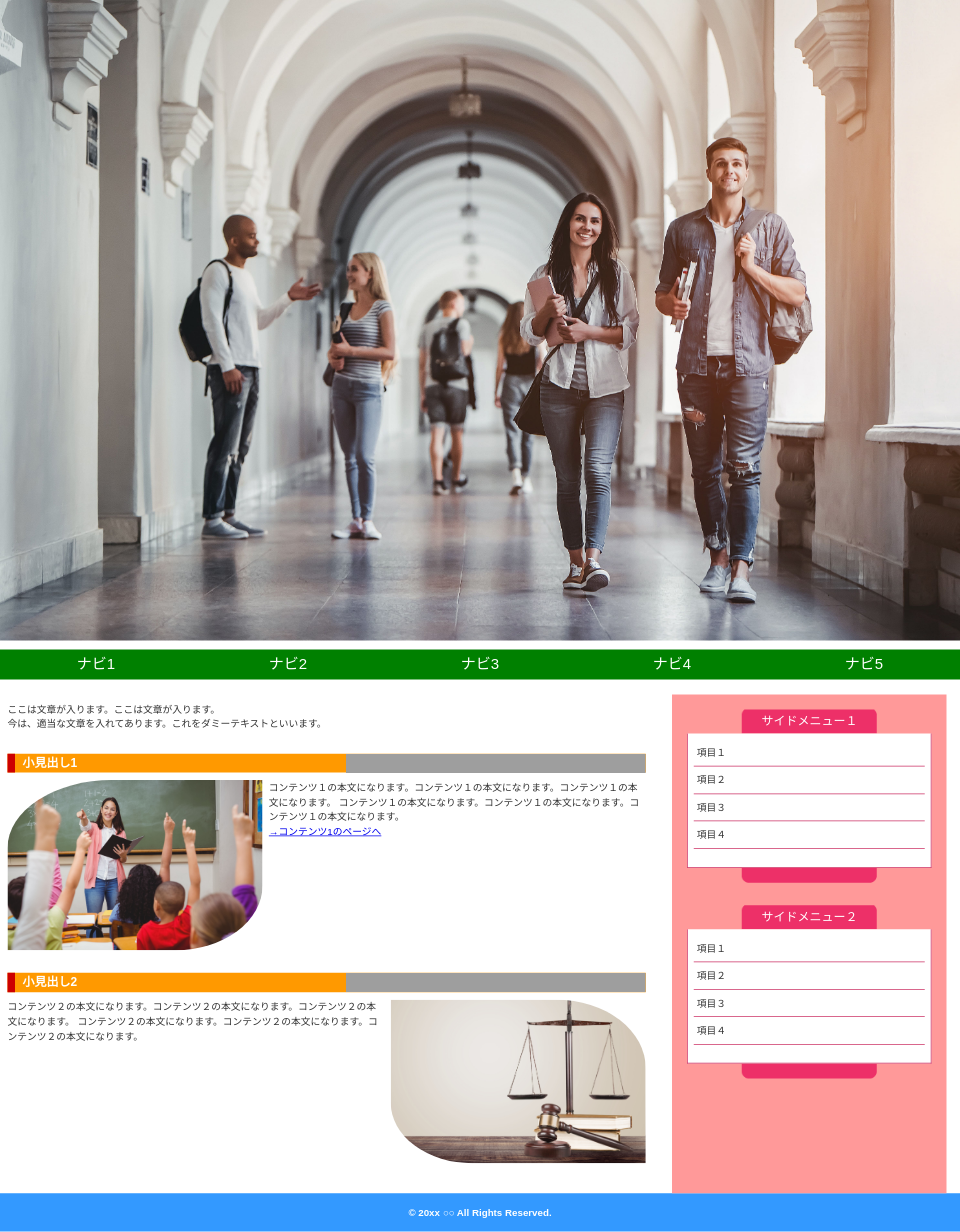
Repository: noritag/samurai_HTML-CSS
Page: home.html
The author's editor kept a record of every edit. The page is drawn from the files as they stood at one moment, then again after the next edit.
The browser window is 1280 px wide. The pictures show the whole page, at 75% of full size.
Pictures or frames that could not be fetched are drawn as grey boxes.

Above is the page before.

### home.html
<!DOCTYPE html>
<html lang="ja">
    <head>
        <meta charset="UTF-8">
        <title>HTML/CSSの学習</title>
        <link rel="stylesheet" href="stylesheet.css">
    </head>
<body>
    <div id="header">
        <h1><a href=index.html><img id="corridor" src="images/corridor.jpg" alt="大学の廊下" /></a></h1>
    </div>
    <div id="wrapper">
        <div id="nav">
            <ul>
                <li><a href="home.html">ナビ1</a></li>
                <li><a href="#">ナビ2</a></li>
                <li><a href="#">ナビ3</a></li>
                <li><a href="#">ナビ4</a></li>
                <li><a href="#">ナビ5</a></li>
            </ul>
        </div>
        <div id="container">
            <div id= "main">
                <div class="post">
                    <p>ここは文章が入ります。ここは文章が入ります。<br />今は、適当な文章を入れてあります。これをダミーテキストといいます。</p>
                </div>
                <div class="post clearfix">
                    <h2>小見出し1</h2>
                    <img class="left" src="images/classroom.jpg" alt="授業風景"/>
                    <p>
                        コンテンツ１の本文になります。コンテンツ１の本文になります。コンテンツ１の本文になります。
                        コンテンツ１の本文になります。コンテンツ１の本文になります。コンテンツ１の本文になります。
                    </p>
                    <p><a href="#">→コンテンツ1のページへ</a></p>
                </div>
                <div class="post clearfix">
                    <h2>小見出し2</h2>
                    <img class="right" src="images/scale.jpg" alt="天秤"/>
                    <p>
                        コンテンツ２の本文になります。コンテンツ２の本文になります。コンテンツ２の本文になります。
                        コンテンツ２の本文になります。コンテンツ２の本文になります。コンテンツ２の本文になります。
                    </p>
                </div>
            </div>
            <div id="side">
                <div class="box">
                    <h2>サイドメニュー１</h2>
                    <div class="boxBody">
                        <ul>
                            <li>項目１</li>
                            <li>項目２</li>
                            <li>項目３</li>
                            <li>項目４</li>
                        </ul>
                    </div>
                </div>
                <div class="box">
                    <h2>サイドメニュー２</h2>
                    <div class="boxBody">
                        <ul>
                            <li>項目１</li>
                            <li>項目２</li>
                            <li>項目３</li>
                            <li>項目４</li>
                        </ul>
                    </div>
                </div>
            </div>
        </div>
    <div id="footer">
        <p>&copy; 20xx ○○ All Rights Reserved.</p>
    </div>
</body>
</html>

### stylesheet.css
@charset "utf-8";

body {
    margin: 0;
    padding: 0;
    font-family: "ヒラギノ角ゴ Pro W3", "Hiragino Kaku Gothic Pro", "メイリオ", Meiryo, Osaka, "MS Pゴシック", "MS PGothic", sans-serif;
    color: #333;
    font-size: 13px;
    line-height: 150%
}

/* -------------------- wrapper -------------------- */
#wrapper {
    width: 100%;
    margin: auto;
    padding: 0px;
    border: 0px;
    background-color: #FFF;
    top: 10px;
    position: relative;
}

/* -------------------- header -------------------- */
#header {
    width: 100%;
}

#header h1 {
    margin: 0;
    padding: 0;
}

#corridor {
    width: 100%;
    height: auto;
}

/* -------------------- footer -------------------- */
#footer {
    clear: both;
    width: 100%;
    padding: 3px 0 3px 0;
    background: #39F;
    color: #FFF;
    font-weight: bold;
    text-align: center;
}

/* -------------------- nav -------------------- */
#nav {
    width: 100%;
}

#nav ul {
    display: flex;
    margin: 0;
    padding: 0;
    list-style-type: none;
}

#nav ul li {
    width: 20%;
    text-align: center;
}

#nav ul li a {
    display: block;
    height: 20px;
    margin: 0;
    padding: 10px;
    color: #FFF;
    font-size: 20px;
    text-decoration: none;
    background-color: green;
}

#nav ul li a:hover {
    filter: drop-shadow(10px 10px 10px black);
}

/* -------------------- container -------------------- */
#container {
    width: 100%;
    margin: auto;
    padding: auto;
    padding-top: 20px;
    clear: both;
    display: grid;
    grid-template-columns: 70vw 30vw;
}

/* -------------------- main -------------------- */
#main {
    width: 95%;
    padding: 10px 30px 10px 10px;
}
#main h2 {
    margin: 0 0 10px 0;
    padding: 3px 10px 3px 10px;
    color: #FFF;
    font-size: 16px;
    border-left: solid 10px #C00;
    background: #F90 url(../imges/main_h2.jpg) right top repeat-y;
}
#main p {
    margin: 0;
    padding: 0;
}
#main .post {
    margin: 0 0 30px 0;
}

#main .post img.right {
    margin: 0 0 0 8px;
    border-radius: 0% 35% 0% 32% / 10% 42% 10% 37%
}
#main .post img.left {
    margin: 0 8px 0 0;
    border-radius: 41% 0% 34% 0% / 40% 42% 38% 37%
}

.right {
    float: right;
    width: 40%;
    height: auto;
}
.left {
    float: left;
    width: 40%;
    height: auto;
}

/* -------------------- clearfix -------------------- */
.clearfix {
    zoom: 1;
}
.clearfix:after{
    content: "";
    display: block;
    clear: both;
}

/* -------------------- side -------------------- */
#side {
    width: 85%;
    padding: 20px;
    background-color: #F99;
}
#side .box {
    margin: 0 auto 30px auto;
    padding: 0 0 20px 0;
    background: url(images/side_box.png) bottom no-repeat;
}
#side .box h2 {
    margin: 0;
    padding: 8px;
    text-align: center;
    color: #fff;
    font-size: 16px;
    line-height: 16px;
    font-weight: normal;
    background: url(images/side_box_h2.png) center no-repeat;
}
#side .box .boxBody {
    padding: 8px;
    border-right: solid 1px #C36;
    border-bottom: solid 1px #C36;
    border-left: solid 1px #C36;
    background: #fff;
}
#side .box .boxBody ul {
    margin: 0 0 16px 0;
    padding: 0;
}
#side .box .boxBody ul li {
    padding: 8px 0 8px 4px;
    list-style: none;
    border-bottom: solid 1px #C36;
}
#side .box .boxBody ul li:hover {
    padding: 8px 0px 8px 4px;
    list-style: none;
    border-bottom: solid 1px #C36;
    box-shadow: 0px 4px 4px rgba(0, 0, 0, 0.3);
}

After the next edit:
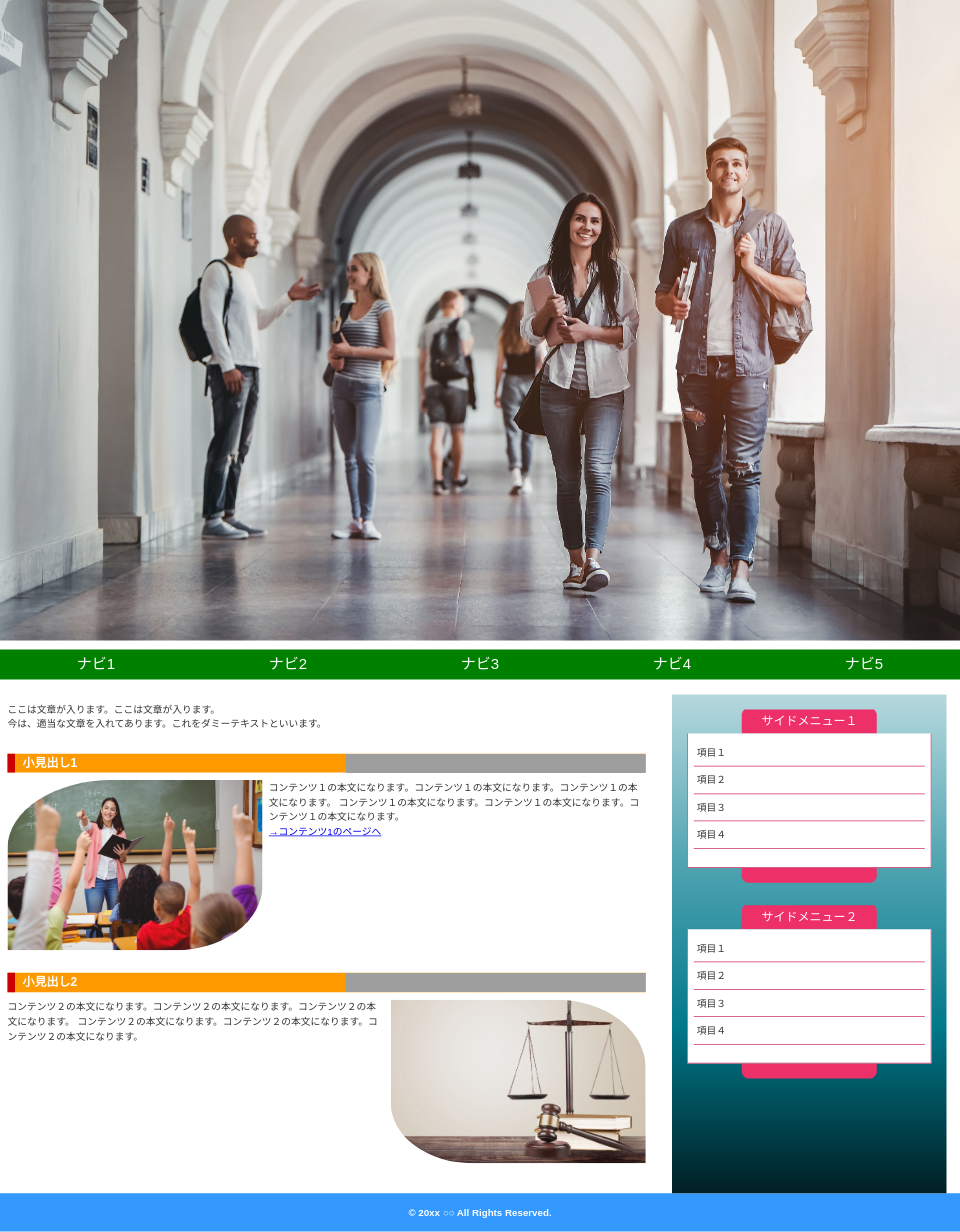
The edit:
--- a/stylesheet.css
+++ b/stylesheet.css
@@ -145,6 +145,11 @@
     width: 85%;
     padding: 20px;
     background-color: #F99;
+    background: rgb(181,216,221); /* Old browsers */
+background: -moz-linear-gradient(top, rgba(181,216,221,1) 0%, rgba(131,190,199,1) 17%, rgba(82,165,178,1) 33%, rgba(0,120,138,1) 67%, rgba(0,76,88,1) 83%, rgba(0,31,36,1) 100%); /* FF3.6-15 */
+background: -webkit-linear-gradient(top, rgba(181,216,221,1) 0%,rgba(131,190,199,1) 17%,rgba(82,165,178,1) 33%,rgba(0,120,138,1) 67%,rgba(0,76,88,1) 83%,rgba(0,31,36,1) 100%); /* Chrome10-25,Safari5.1-6 */
+background: linear-gradient(to bottom, rgba(181,216,221,1) 0%,rgba(131,190,199,1) 17%,rgba(82,165,178,1) 33%,rgba(0,120,138,1) 67%,rgba(0,76,88,1) 83%,rgba(0,31,36,1) 100%); /* W3C, IE10+, FF16+, Chrome26+, Opera12+, Safari7+ */
+filter: progid:DXImageTransform.Microsoft.gradient( startColorstr='#b5d8dd', endColorstr='#001f24',GradientType=0 ); /* IE6-9 */
 }
 #side .box {
     margin: 0 auto 30px auto;
